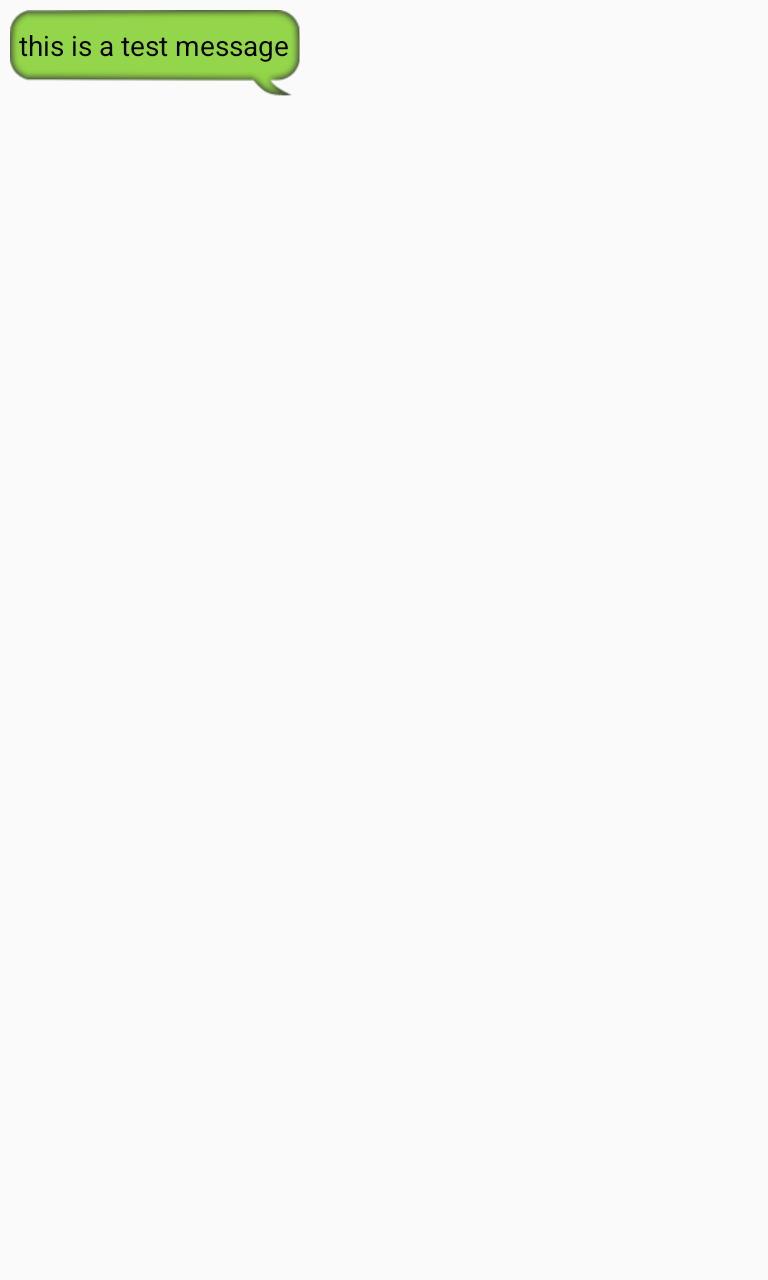
Repository: fareehaamjad/SMI-final
Layout: SecureMobileIdentity/res/layout/sms_row.xml
An editor plug-in stored every save of this project. The layout is shown before and after the next save, followed by the edit.
It is drawn on a 768 x 1280 px phone screen (xhdpi) without system bars, with theme AppTheme; the app's code is not run.

Above is the layout before, as saved 2015-08-22 09:26:59.

After the next save:
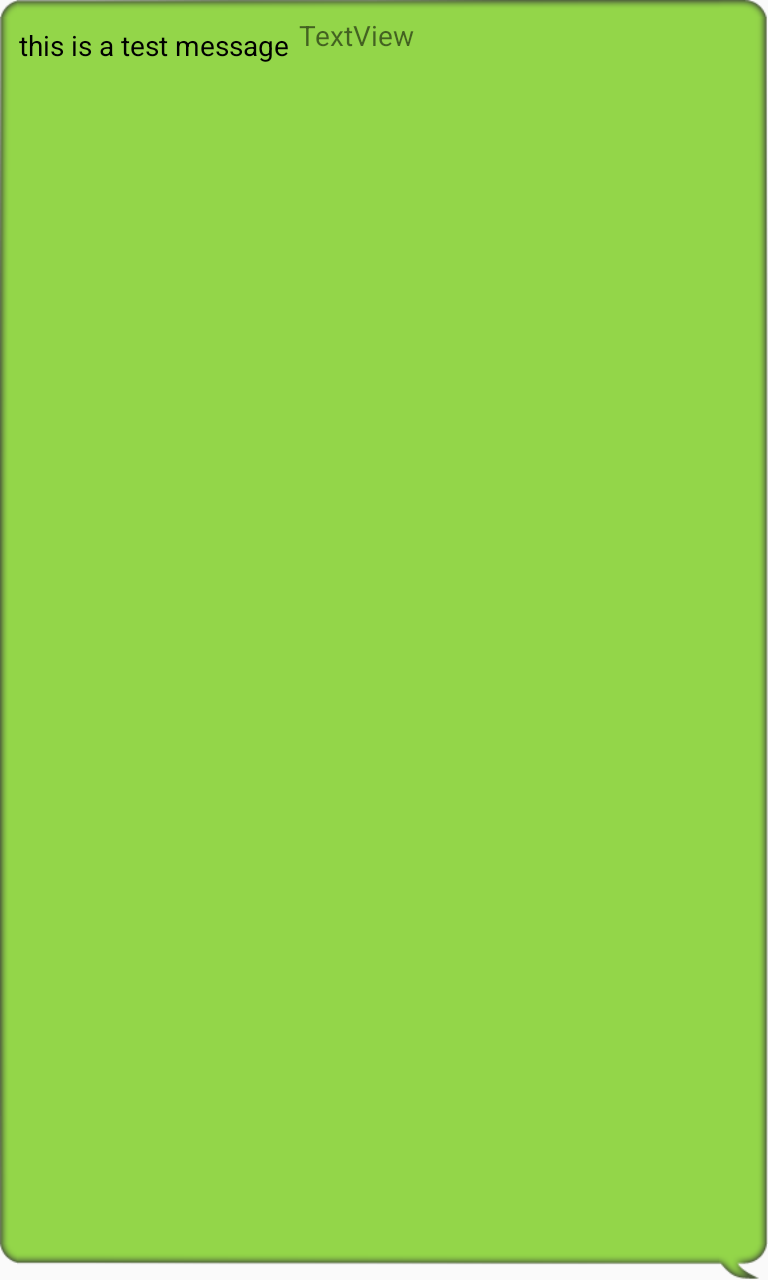
Saved 3 min 21 s later.
--- a/SecureMobileIdentity/res/layout/sms_row.xml
+++ b/SecureMobileIdentity/res/layout/sms_row.xml
@@ -2,19 +2,25 @@
 <LinearLayout xmlns:android="http://schemas.android.com/apk/res/android"
     android:layout_width="fill_parent"
     android:layout_height="fill_parent"
-    android:orientation="vertical" >
+    android:background="@drawable/speech_bubble_green"
+    android:orientation="horizontal" >
 
     <TextView
         android:id="@+id/message_text"
         android:layout_width="wrap_content"
         android:layout_height="wrap_content"
         android:layout_margin="5sp"
-        android:background="@drawable/speech_bubble_green"
         android:shadowColor="@color/textShadow"
         android:shadowDx="1"
         android:shadowDy="1"
+        android:text="this is a test message"
         android:textColor="@color/textColor"
-        android:text="this is a test message"
         android:textSize="14sp" />
 
+    <TextView
+        android:id="@+id/textView1"
+        android:layout_width="wrap_content"
+        android:layout_height="wrap_content"
+        android:text="TextView" />
+
 </LinearLayout>
